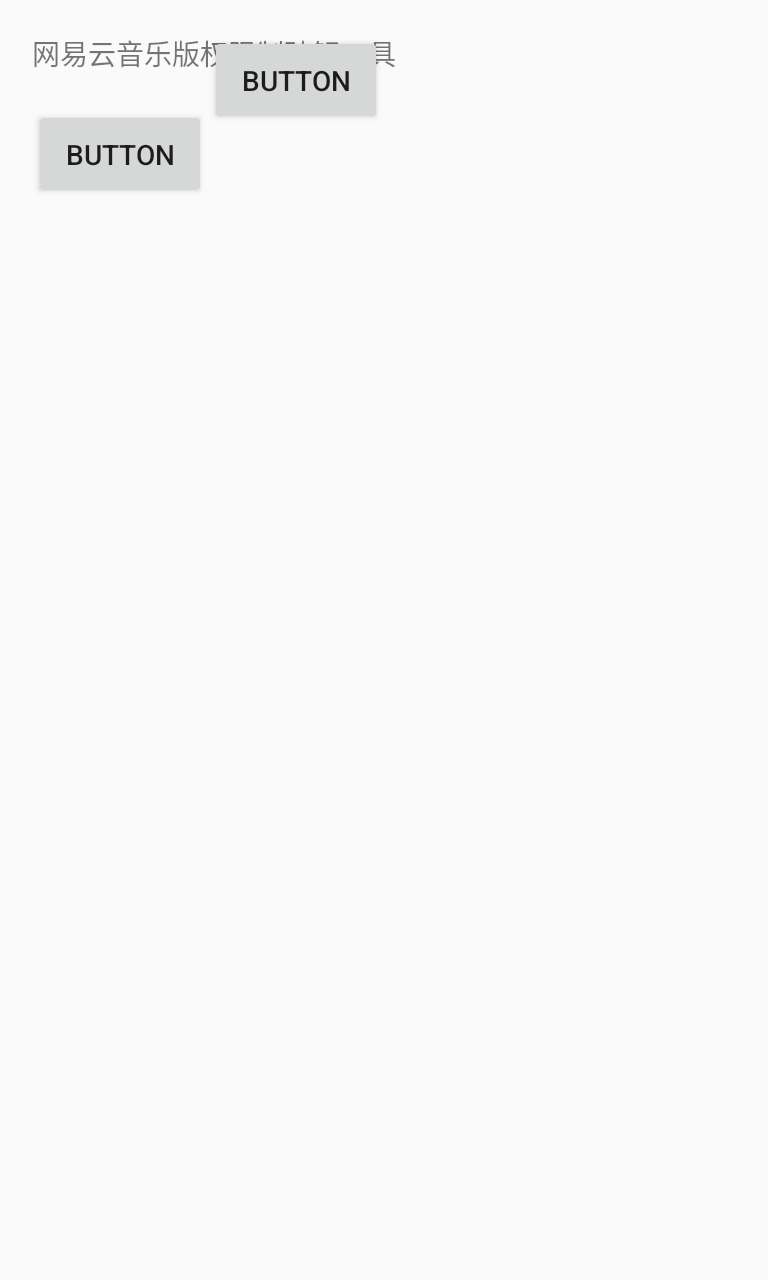
Repository: azureplus/163-music-unlock
Layout: workspace/NetEastMusicCracker/res/layout/activity_main.xml
These files come from the project's save history. The layout is drawn as it stood at one moment and after the next save; the edit follows.
It is drawn on a 768 x 1280 px phone screen (xhdpi) without system bars, with theme AppTheme; the app's code is not run.

Above is the layout before, as saved 2015-10-25 18:49:02.

### workspace/NetEastMusicCracker/res/layout/activity_main.xml
<RelativeLayout xmlns:android="http://schemas.android.com/apk/res/android"
    xmlns:tools="http://schemas.android.com/tools"
    android:layout_width="match_parent"
    android:layout_height="match_parent"
    android:paddingBottom="@dimen/activity_vertical_margin"
    android:paddingLeft="@dimen/activity_horizontal_margin"
    android:paddingRight="@dimen/activity_horizontal_margin"
    android:paddingTop="@dimen/activity_vertical_margin"
    tools:context="org.chiontang.neteastmusiccracker.MainActivity" >

    <TextView
        android:id="@+id/textView1"
        android:layout_width="wrap_content"
        android:layout_height="wrap_content"
        android:text="网易云音乐版权限制破解工具" />

    <Button
        android:id="@+id/button_activate"
        android:layout_width="wrap_content"
        android:layout_height="wrap_content"
        android:layout_alignParentLeft="true"
        android:layout_below="@+id/textView1"
        android:layout_marginTop="16dp"
        android:text="Button" />

    <Button
        android:id="@+id/button_restore"
        android:layout_width="wrap_content"
        android:layout_height="wrap_content"
        android:layout_toRightOf="@+id/button_activate"
        android:text="Button" />

</RelativeLayout>

Loaded but not shown: workspace/NetEastMusicCracker/res/values/styles.xml (common file); workspace/NetEastMusicCracker/res/values-v11/styles.xml (common file); workspace/NetEastMusicCracker/res/values-v14/styles.xml (common file); workspace/NetEastMusicCracker/res/values/dimens.xml (common file); workspace/NetEastMusicCracker/res/values-w820dp/dimens.xml (common file)

After the next save:
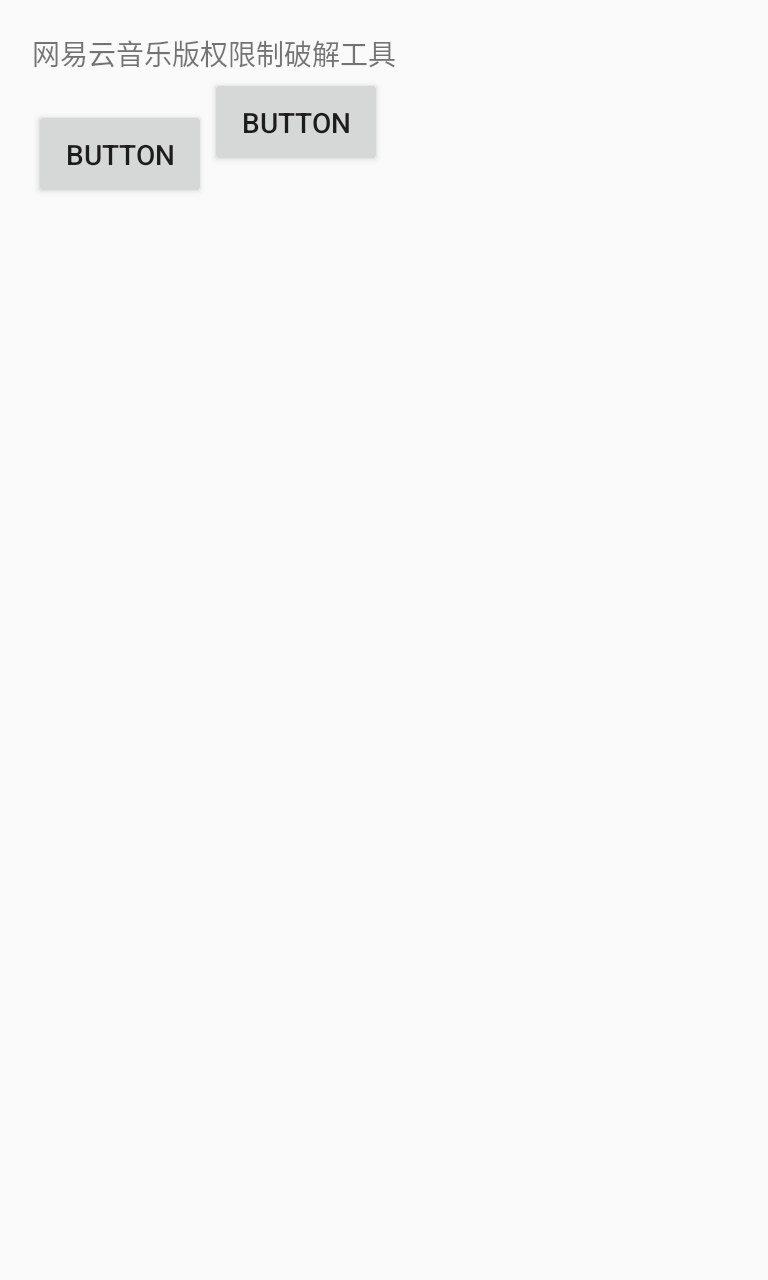
Saved 21 s later.
--- a/workspace/NetEastMusicCracker/res/layout/activity_main.xml
+++ b/workspace/NetEastMusicCracker/res/layout/activity_main.xml
@@ -28,6 +28,7 @@
         android:layout_width="wrap_content"
         android:layout_height="wrap_content"
         android:layout_toRightOf="@+id/button_activate"
+        android:layout_below="@+id/textView1"
         android:text="Button" />
 
 </RelativeLayout>
